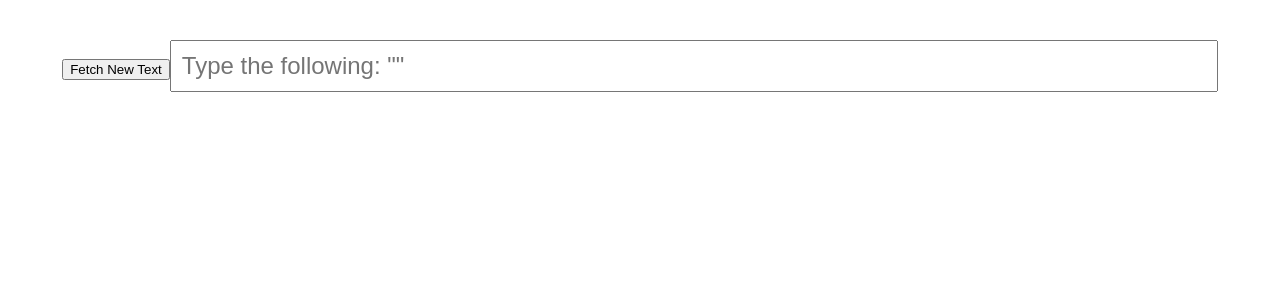
Repository: abhaysharma20233009/swiftKey
Page: / (app in frontend/my-app/)
An editor plug-in stored every save of this project. The page is shown before and after the next save, followed by the edit.
The browser window is 1280 px wide. The pictures show the whole page.
The page's requests for data from a server got no answer. The project was rebuilt for these pictures with package versions that can differ from the ones it lists, and the page was loaded fresh each time. No one was signed in, and anything a server would have sent is missing. Also part of the build but not shown: frontend/my-app/src/App.css.

Above is the page before, as saved 2024-10-09 17:53:43.

### frontend/my-app/src/App.js
import React, { useState, useEffect } from 'react';
import './App.css';

function App() {
    const [message, setMessage] = useState('');
    const [inputValue, setInputValue] = useState('');
    const [currentWordIndex, setCurrentWordIndex] = useState(0);

    const fetchMessages = async () => {
        try {
            const response = await fetch('http://localhost:7000/random-paragraph');
            const data = await response.json();
            setMessage(data); // Assume data is a string paragraph
            setInputValue(''); // Clear the input field
            setCurrentWordIndex(0); // Reset the current word index
        } catch (error) {
            console.error('Error fetching messages:', error);
        }
    };

    useEffect(() => {
        fetchMessages();
    }, []);

    const handleInputChange = (e) => {
        const value = e.target.value;
        setInputValue(value);

        const words = message.split(' ');
        const currentWord = words[currentWordIndex] || '';

        // Check if the typed characters match the current word
        if (currentWord.startsWith(value.trim())) {
            if (value.trim() === currentWord) {
                setCurrentWordIndex((prevIndex) => prevIndex + 1);
                setInputValue(''); // Clear the input field
            }
        }
    };

    const words = message.split(' ');

    return (
        <div style={{ textAlign: 'center', marginTop: '20px' }}>
            <button onClick={fetchMessages}>Fetch New Text</button>
            <input
                type="text"
                value={inputValue}
                onChange={handleInputChange}
                style={{
                    fontSize: '24px',
                    width: '80%',
                    padding: '10px',
                    margin: '20px 0',
                }}
                placeholder={`Type the following: "${message}"`} // Show the entire message
            />
            <div style={{ fontSize: '24px', marginTop: '10px' }}>
                {words.map((word, index) => (
                    <span
                        key={index}
                        style={{
                            padding: '0 5px',
                            color: index === currentWordIndex ? 'blue' : 'black',
                            textDecoration: index < currentWordIndex ? 'line-through' : 'none',
                        }}
                    >
                        {word}
                    </span>
                ))}
            </div>
        </div>
    );
}

export default App;

Loaded but not shown: frontend/my-app/public/index.html (common file); frontend/my-app/src/index.js (common file); frontend/my-app/src/index.css (common file); frontend/my-app/src/reportWebVitals.js (common file)

After the next save:
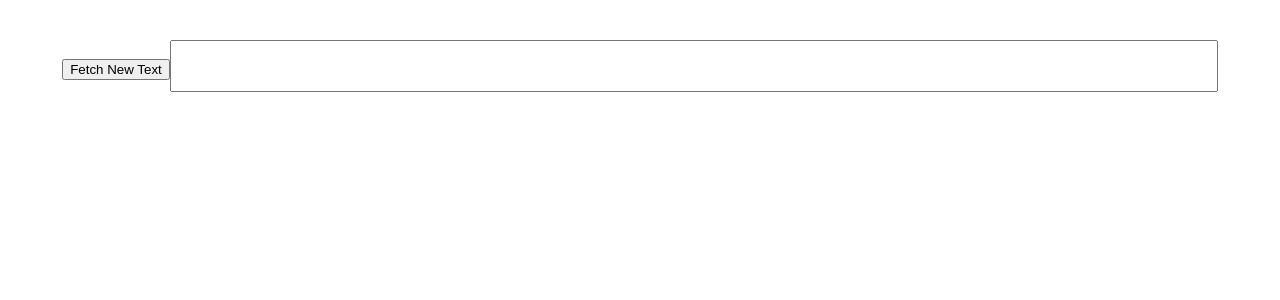
Saved 32 s later.
--- a/frontend/my-app/src/App.js
+++ b/frontend/my-app/src/App.js
@@ -27,7 +27,7 @@ function App() {
         setInputValue(value);
 
         const words = message.split(' ');
-        const currentWord = words[currentWordIndex] || '';
+        const currentWord = words[currentWordIndex];
 
         // Check if the typed characters match the current word
         if (currentWord.startsWith(value.trim())) {
@@ -39,6 +39,7 @@ function App() {
     };
 
     const words = message.split(' ');
+    const currentWord = words[currentWordIndex] || '';
 
     return (
         <div style={{ textAlign: 'center', marginTop: '20px' }}>
@@ -53,7 +54,7 @@ function App() {
                     padding: '10px',
                     margin: '20px 0',
                 }}
-                placeholder={`Type the following: "${message}"`} // Show the entire message
+                placeholder={currentWord.slice(inputValue.length)} // Show remaining characters
             />
             <div style={{ fontSize: '24px', marginTop: '10px' }}>
                 {words.map((word, index) => (
